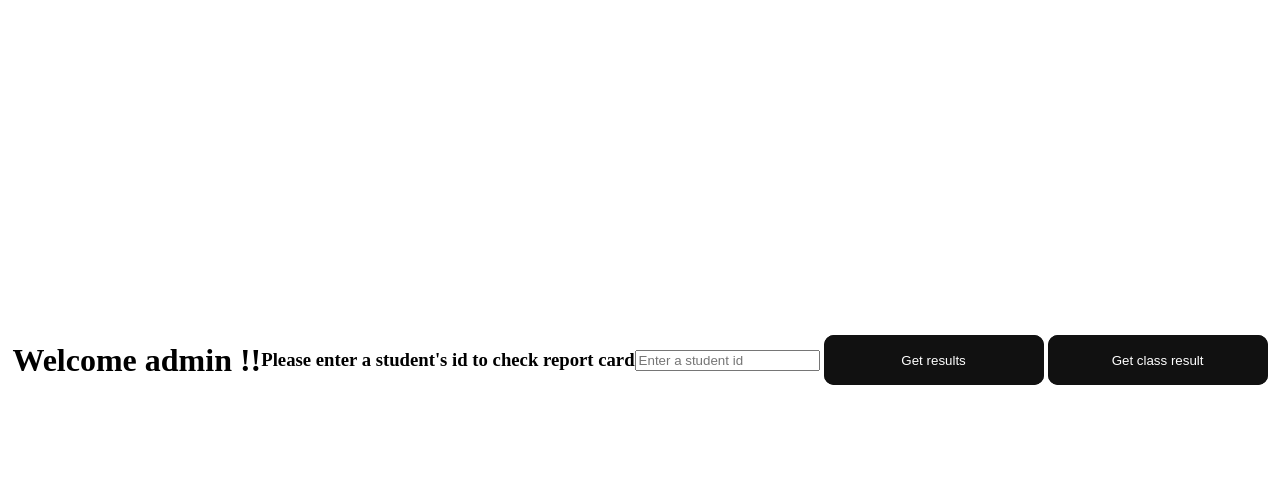
Repository: MriOj/OnlineExamPortal
Page: http://localhost/ExamPortal/admlogin.jsp
An editor plug-in stored every save of this project. The page is shown before and after the next save, followed by the edit.
The browser window is 1280 px wide. The pictures show the whole page.
The page is served by Tomcat 9.

Above is the page before, as saved 2021-09-07 10:28:08.

After the next save:
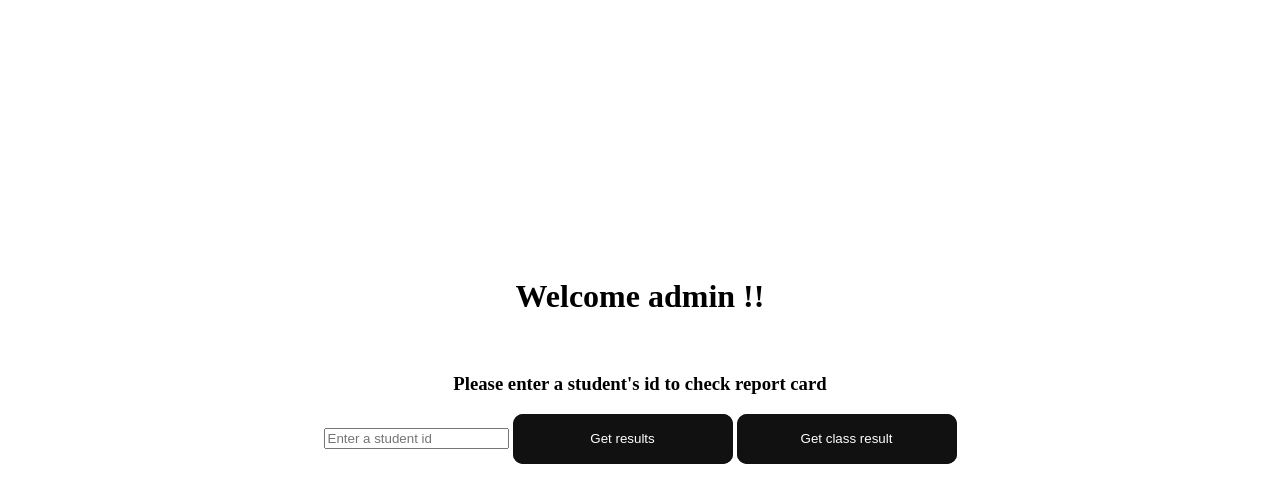
Saved 15 s later.
--- a/ExamPortal/src/main/webapp/admlogin.jsp
+++ b/ExamPortal/src/main/webapp/admlogin.jsp
@@ -21,7 +21,7 @@ body {
     width: 100%;
     height: 100vh;
     display: flex;
-    flex-direction: row;
+    flex-direction: column;
     justify-content: center;
     align-items: center;
     background: white;
